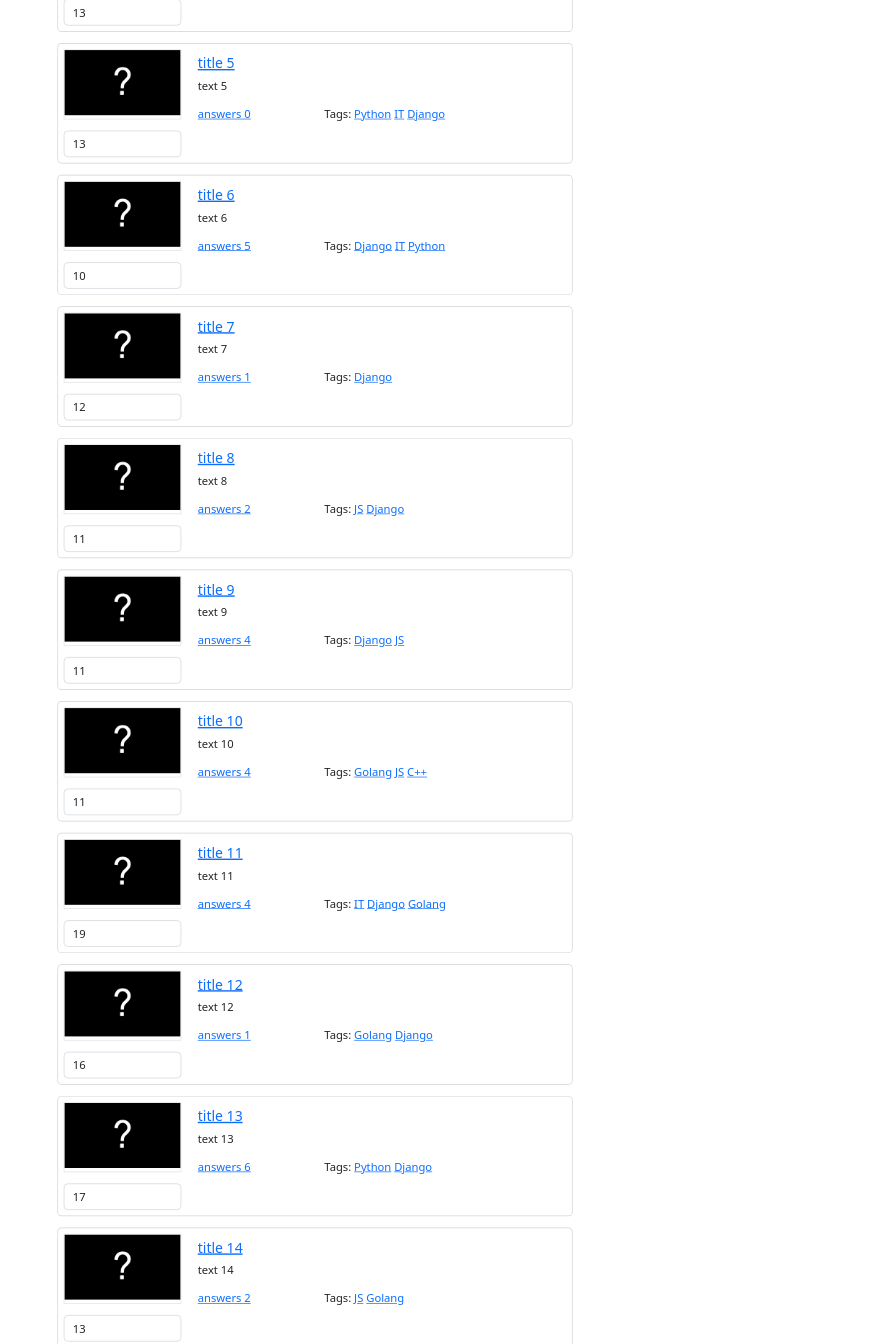
Repository: MiniDan21/askme_molchanov_django
Page: http://localhost/
An editor plug-in stored every save of this project. The page is shown before and after the next save, followed by the edit.
The browser window is 1280 px wide. The pictures show the part of the page from y = 831 to 2751 px (the page is 5647 px tall before and 1135 px after), at 70% of full size.
The page is served by the project's application, run on Django 5.2 (manage.py).

Above is the page before, as saved 2024-04-10 11:49:55.

After the next save:
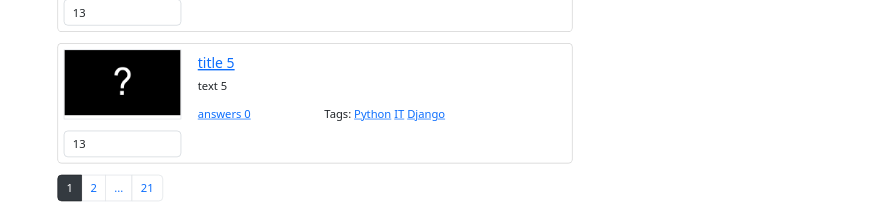
Saved 2 min 54 s later.
--- a/app/views.py
+++ b/app/views.py
@@ -3,7 +3,7 @@ from random import randint, sample
 
 from django.http import HttpRequest
 from django.shortcuts import get_object_or_404, render, redirect
-from django.core.paginator import Paginator, PageNotAnInteger
+from django.core.paginator import Paginator, InvalidPage
 
 
 authed = True
@@ -29,14 +29,14 @@ def paginate(
     paginator = Paginator(object_list, 5)
     try:
         page_obj = paginator.page(page_num)
-    except PageNotAnInteger:
-        return render(request, page_file, {page_obj})
-    content['questions'] = page_obj
+        content['questions'] = page_obj
+    except InvalidPage:
+        pass
     page = render(request, page_file, content)
     return page
 
 def index(request: HttpRequest):
-    return render(request, "index.html", {"questions": QUESTIONS, "authed": authed})
+    return paginate(request, "index.html", QUESTIONS, content={"authed": authed})
 
 def question(request, id):
     return render(request, "question.html", {"authed": authed})
@@ -44,17 +44,12 @@ def question(request, id):
 def tag(request, tag_name):
     QUESTIONS['tags'] = [{'name': tag_name}]
 
-    return render(request, "tag.html", {'questions': QUESTIONS, 'tag': tag_name, "authed": authed})
+    return paginate(request, "tag.html", QUESTIONS, content={"authed": authed})
 
 def hot(request):
-    return render(
-        request,
-        "hot.html",
-        {
-            "authed": authed,
-            "questions": sorted(QUESTIONS, key=lambda x: x['likes'])[::-1]
-        },
-    )
+    QUESTIONS = sorted(QUESTIONS, key=lambda x: x['likes'])[::-1]
+    return paginate(request, "hot.html", QUESTIONS, content={"authed": authed})
+
 
 def signup(request):
     return render(request, "signup.html")
